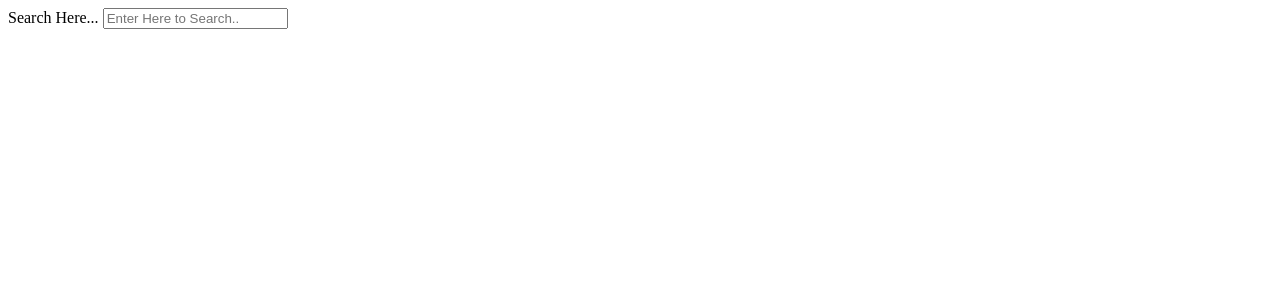
Repository: Tanvisalunkhe/Java_Codes
Page: demo/src/main/webapp/Search.html
These files come from the project's save history. The page is drawn as it stood at one moment and after the next save; the edit follows.
The browser window is 1280 px wide. The pictures show the whole page.

Above is the page before, as saved 2025-12-25 10:41:24.

### demo/src/main/webapp/Search.html
<!DOCTYPE html>
<html>
<head>
<meta charset="UTF-8">
<title>Insert title here</title>
</head>
<body>
<form action="search" method="post">
<label>Search Here...</label>
<input type="text" name="serach" placeholder="Enter Here to Search.." required>
</form>
</body>
</html>

After the next save:
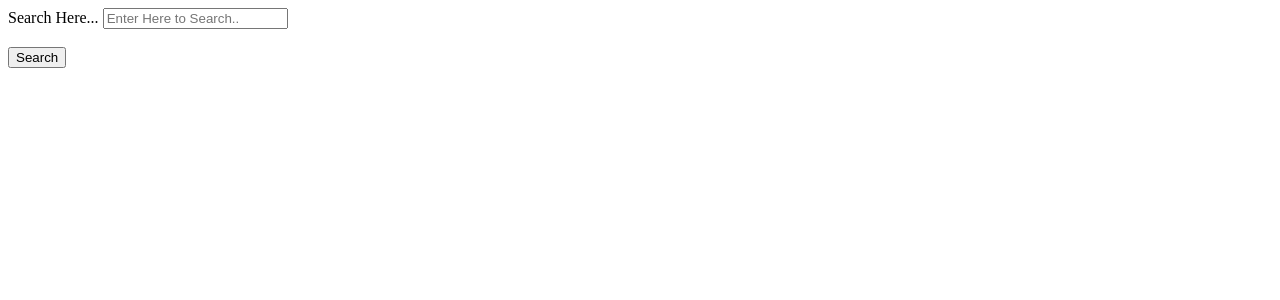
Saved 21 s later.
--- a/demo/src/main/webapp/Search.html
+++ b/demo/src/main/webapp/Search.html
@@ -8,6 +8,9 @@
 <form action="search" method="post">
 <label>Search Here...</label>
 <input type="text" name="serach" placeholder="Enter Here to Search.." required>
+<br>
+<br>
+<button type="submit">Search</button>
 </form>
 </body>
 </html>
